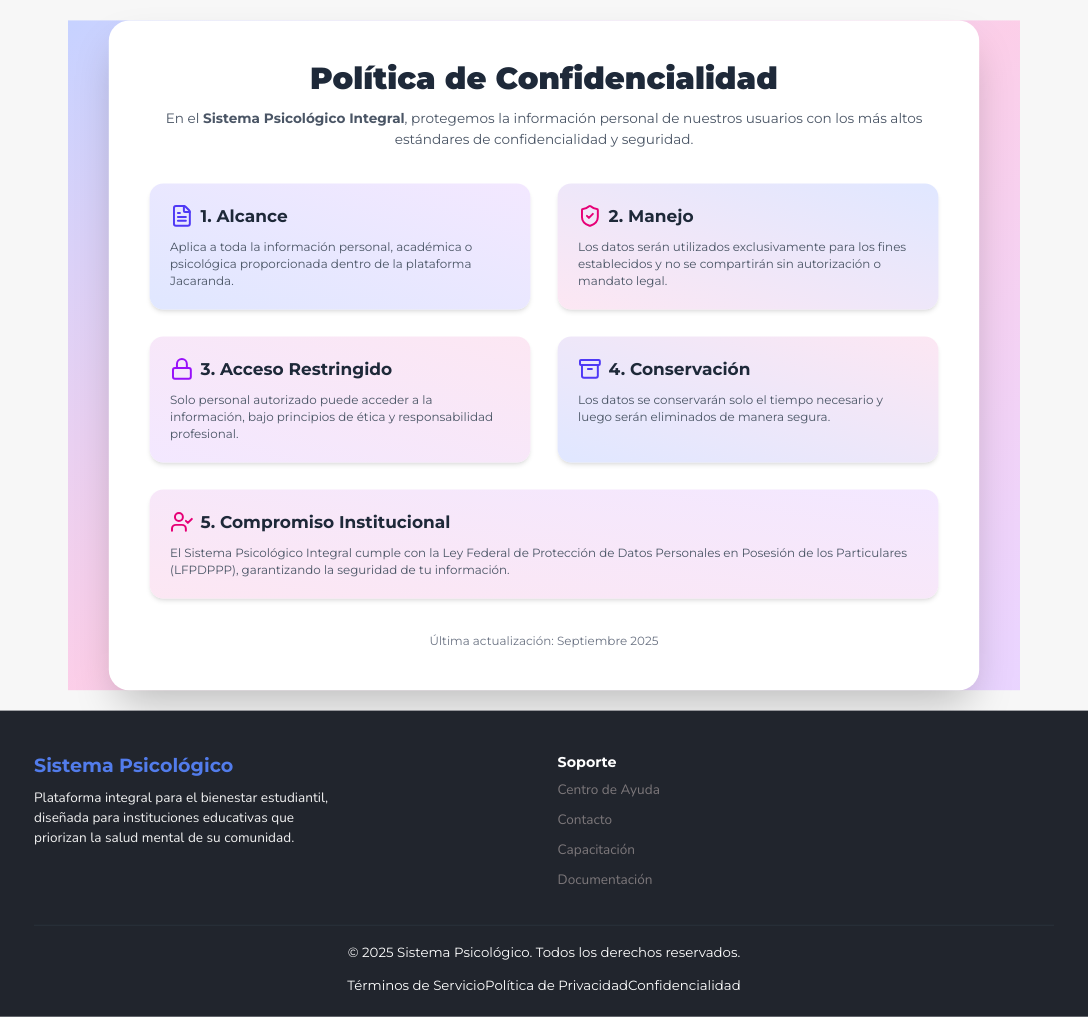
Repository: moon1710/SistemaPsico
Page: /confidencialidad (app in client/)
These files come from the project's save history. The page is drawn as it stood at one moment and after the next save; the edit follows.
The browser window is 1280 px wide. The pictures show the whole page, at 85% of full size.
The project was rebuilt for these pictures with package versions that can differ from the ones it lists, and the page was loaded fresh each time. Also part of the build but not shown: client/vite.config.js, client/src/components/onboarding/onboardingConfig.js, client/src/components/onboarding/TutorialSteps.jsx, client/src/components/onboarding/WelcomeForm.jsx, client/src/components/onboarding/OnboardingModal.jsx, client/src/components/layout/AdaptiveSidebar/sidebarConfig.jsx, client/src/components/layout/AdaptiveSidebar/MenuItem.jsx, client/src/components/layout/AdaptiveSidebar/SidebarHeader.jsx and 47 more.

Above is the page before, as saved 2025-09-26 18:15:27.

After the next save:
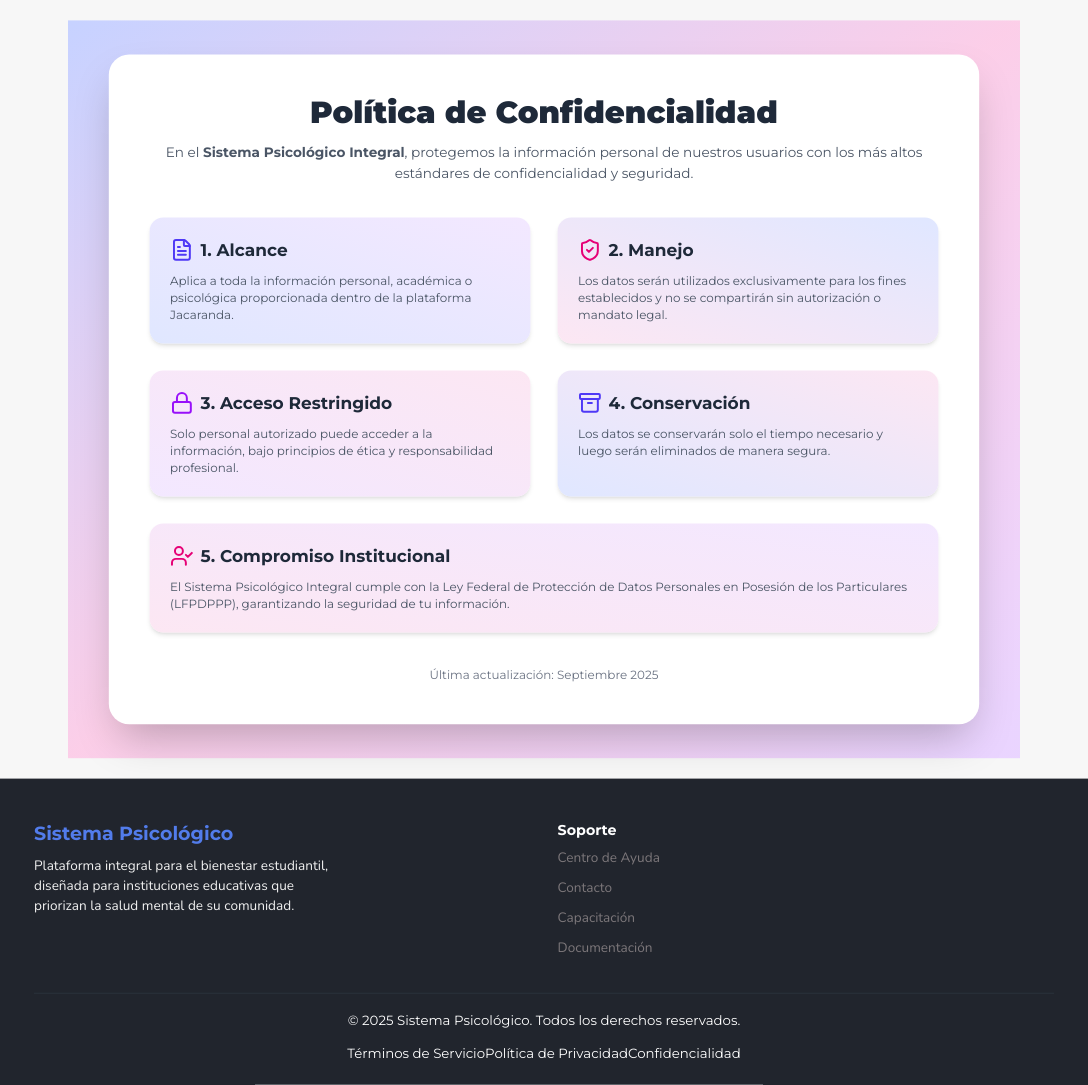
Saved 51 s later.
--- a/client/src/pages/ConfidencialidadPage.jsx
+++ b/client/src/pages/ConfidencialidadPage.jsx
@@ -3,15 +3,13 @@ import { ShieldCheck, Lock, FileText, UserCheck, Archive } from "lucide-react";
 
 export default function ConfidencialidadPage() {
   return (
-    <div className="min-h-screen w-full m-0 p-0 bg-gradient-to-br from-indigo-200 via-pink-200 to-purple-200">
+    <div className="min-h-screen w-full bg-gradient-to-br from-indigo-200 via-pink-200 to-purple-200 p-10">
       <div className="max-w-5xl mx-auto bg-white shadow-2xl rounded-3xl p-12">
         <h1 className="text-4xl font-extrabold text-center text-gray-800 mb-4">
           Política de Confidencialidad
         </h1>
         <p className="text-center text-gray-600 mb-10">
-          En el <strong>Sistema Psicológico Integral</strong>, protegemos la
-          información personal de nuestros usuarios con los más altos
-          estándares de confidencialidad y seguridad.
+          En el <strong>Sistema Psicológico Integral</strong>, protegemos la información personal de nuestros usuarios con los más altos estándares de confidencialidad y seguridad.
         </p>
 
         {/* Grid de secciones */}
@@ -23,8 +21,7 @@ export default function ConfidencialidadPage() {
               <h2 className="text-xl font-semibold text-gray-800">1. Alcance</h2>
             </div>
             <p className="text-gray-600 text-sm">
-              Aplica a toda la información personal, académica o psicológica
-              proporcionada dentro de la plataforma Jacaranda.
+              Aplica a toda la información personal, académica o psicológica proporcionada dentro de la plataforma Jacaranda.
             </p>
           </div>
 
@@ -35,8 +32,7 @@ export default function ConfidencialidadPage() {
               <h2 className="text-xl font-semibold text-gray-800">2. Manejo</h2>
             </div>
             <p className="text-gray-600 text-sm">
-              Los datos serán utilizados exclusivamente para los fines
-              establecidos y no se compartirán sin autorización o mandato legal.
+              Los datos serán utilizados exclusivamente para los fines establecidos y no se compartirán sin autorización o mandato legal.
             </p>
           </div>
 
@@ -44,13 +40,10 @@ export default function ConfidencialidadPage() {
           <div className="bg-gradient-to-tr from-purple-100 to-pink-100 p-6 rounded-2xl shadow-md">
             <div className="flex items-center mb-3">
               <Lock className="text-purple-600 w-7 h-7 mr-2" />
-              <h2 className="text-xl font-semibold text-gray-800">
-                3. Acceso Restringido
-              </h2>
+              <h2 className="text-xl font-semibold text-gray-800">3. Acceso Restringido</h2>
             </div>
             <p className="text-gray-600 text-sm">
-              Solo personal autorizado puede acceder a la información, bajo
-              principios de ética y responsabilidad profesional.
+              Solo personal autorizado puede acceder a la información, bajo principios de ética y responsabilidad profesional.
             </p>
           </div>
 
@@ -58,13 +51,10 @@ export default function ConfidencialidadPage() {
           <div className="bg-gradient-to-tr from-indigo-100 to-pink-100 p-6 rounded-2xl shadow-md">
             <div className="flex items-center mb-3">
               <Archive className="text-indigo-600 w-7 h-7 mr-2" />
-              <h2 className="text-xl font-semibold text-gray-800">
-                4. Conservación
-              </h2>
+              <h2 className="text-xl font-semibold text-gray-800">4. Conservación</h2>
             </div>
             <p className="text-gray-600 text-sm">
-              Los datos se conservarán solo el tiempo necesario y luego serán
-              eliminados de manera segura.
+              Los datos se conservarán solo el tiempo necesario y luego serán eliminados de manera segura.
             </p>
           </div>
 
@@ -72,14 +62,10 @@ export default function ConfidencialidadPage() {
           <div className="bg-gradient-to-tr from-pink-100 to-purple-100 p-6 rounded-2xl shadow-md md:col-span-2">
             <div className="flex items-center mb-3">
               <UserCheck className="text-pink-600 w-7 h-7 mr-2" />
-              <h2 className="text-xl font-semibold text-gray-800">
-                5. Compromiso Institucional
-              </h2>
+              <h2 className="text-xl font-semibold text-gray-800">5. Compromiso Institucional</h2>
             </div>
             <p className="text-gray-600 text-sm">
-              El Sistema Psicológico Integral cumple con la Ley Federal de
-              Protección de Datos Personales en Posesión de los Particulares
-              (LFPDPPP), garantizando la seguridad de tu información.
+              El Sistema Psicológico Integral cumple con la Ley Federal de Protección de Datos Personales en Posesión de los Particulares (LFPDPPP), garantizando la seguridad de tu información.
             </p>
           </div>
         </div>
